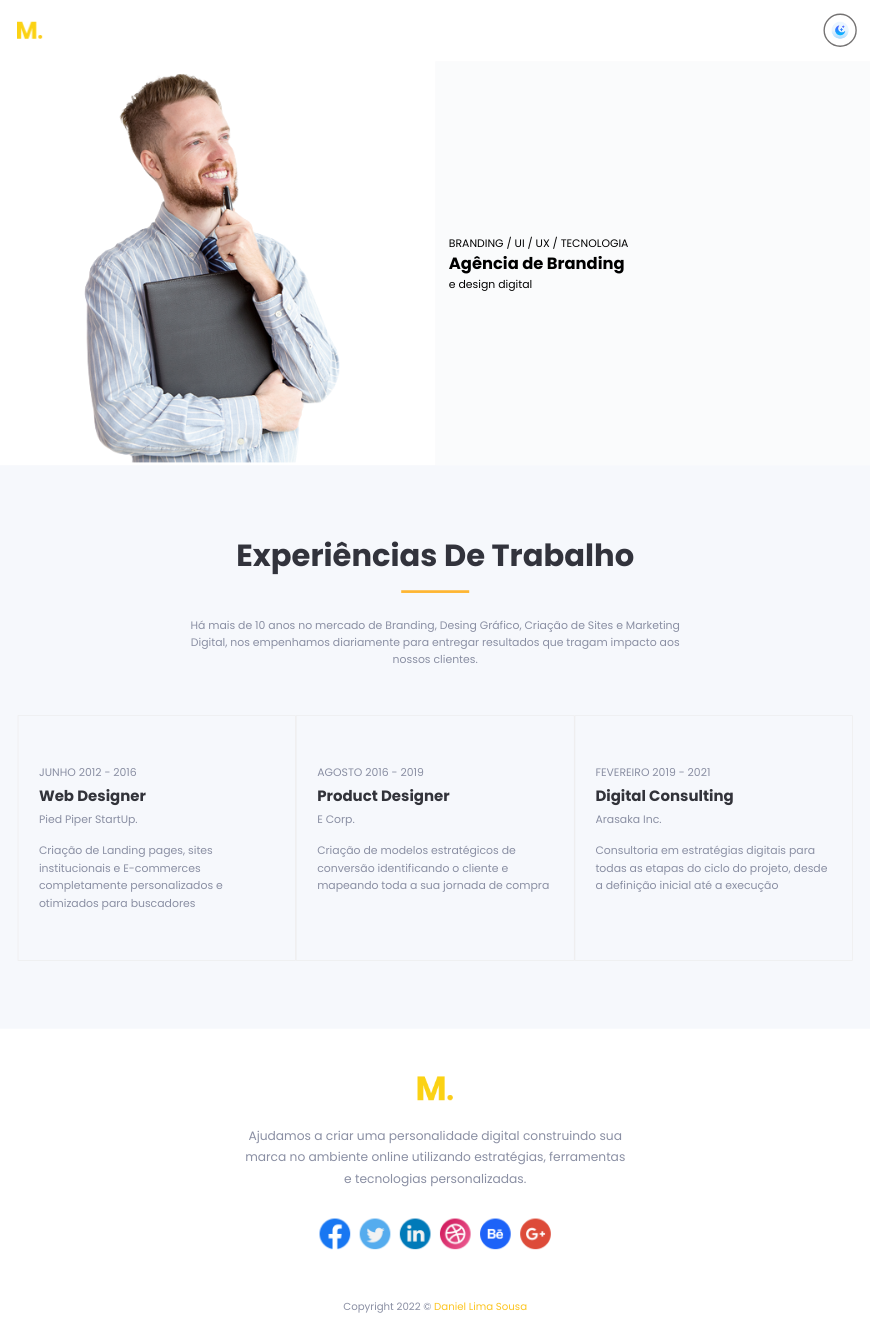
Repository: Daniells642/agencia-digital
Page: /
The author's editor kept a copy of each file at every save. The page is drawn from the files as they stood at one save, then again after the next save.
The browser window is 1280 px wide. The pictures show the whole page, at 68% of full size.
The project was rebuilt for these pictures with package versions that can differ from the ones it lists, and the page was loaded fresh each time.

Above is the page before, as saved 2022-12-02 21:07:12.

After the next save:
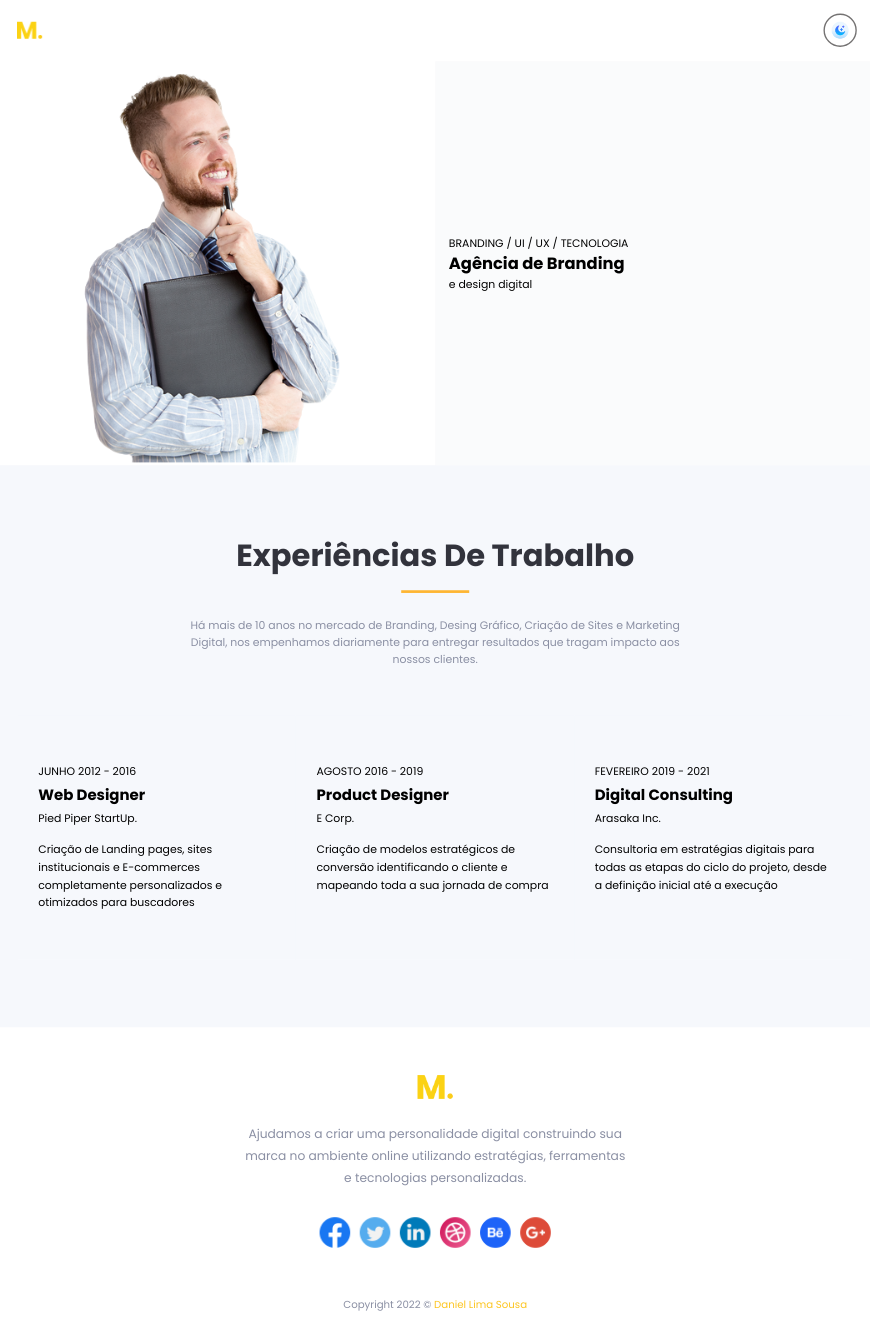
Saved 4 min 4 s later.
--- a/src/componentes/Card/index.jsx
+++ b/src/componentes/Card/index.jsx
@@ -2,7 +2,7 @@
 
 export default function Card(props) {
     return (
-      <div id="card" className="card-modo-claro">
+      <div id="card" className={props.ehTemaEscuro ? 'secao-modo-escuro' : 'secao-modo-claro'}>
         <p className="primeiroParagrafo">{props.data}</p>
         <h4>{props.titulo}</h4>
         <p className="segundoParagrafo">{props.empresa}</p>

After the save that followed:
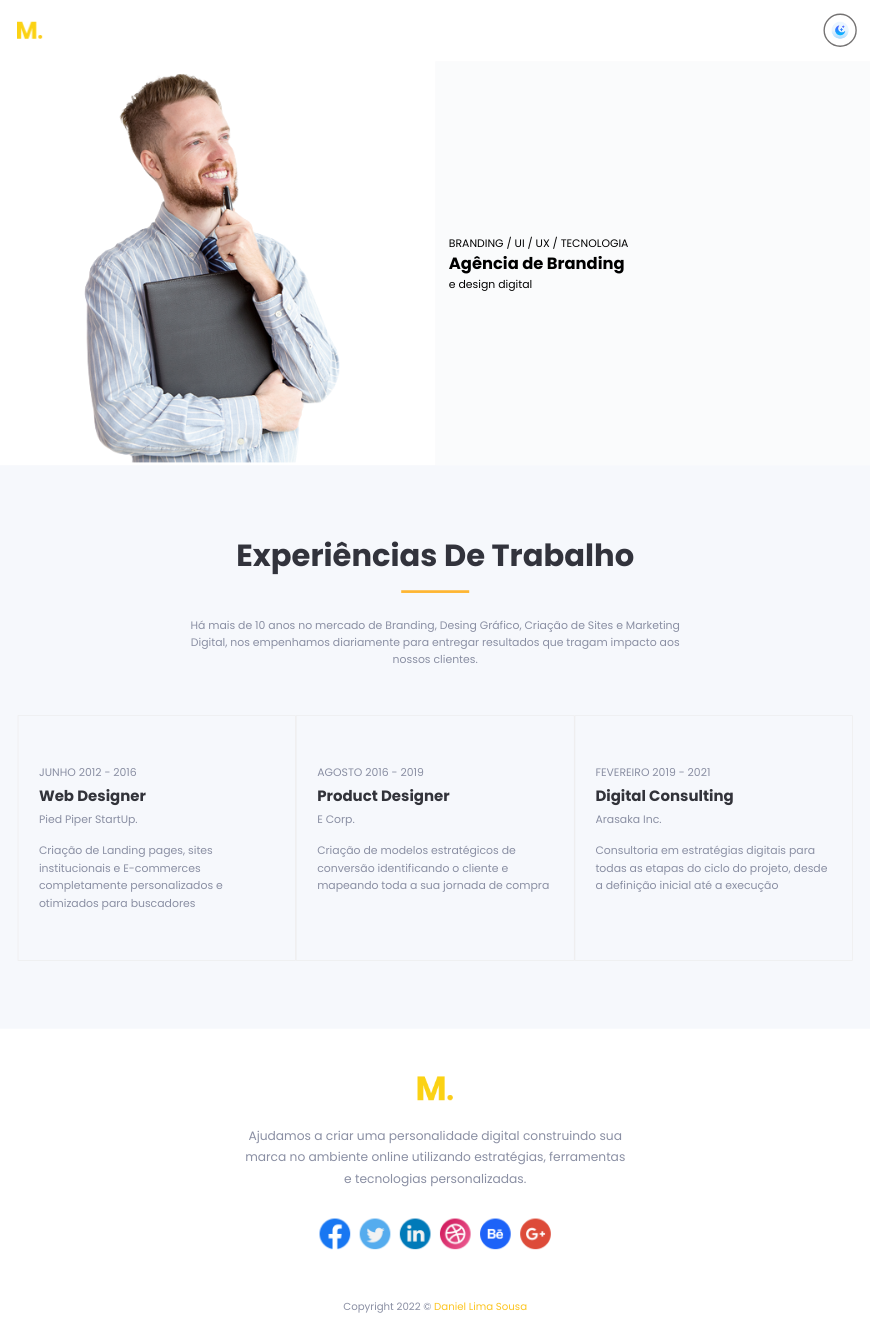
Saved 17 s later.
--- a/src/componentes/Card/index.jsx
+++ b/src/componentes/Card/index.jsx
@@ -2,7 +2,7 @@
 
 export default function Card(props) {
     return (
-      <div id="card" className={props.ehTemaEscuro ? 'secao-modo-escuro' : 'secao-modo-claro'}>
+      <div id="card" className={props.ehTemaEscuro ? 'card-modo-escuro' : 'card-modo-claro'}>
         <p className="primeiroParagrafo">{props.data}</p>
         <h4>{props.titulo}</h4>
         <p className="segundoParagrafo">{props.empresa}</p>
